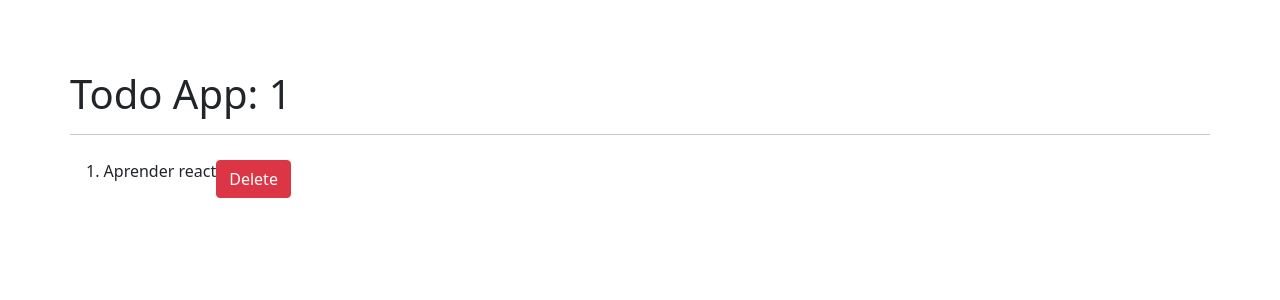
Repository: ppfeliuu/hooks-app
Page: /
The author's editor kept a copy of each file at every save. The page is drawn from the files as they stood at one save, then again after the next save.
The browser window is 1280 px wide. The pictures show the whole page.
The project was rebuilt for these pictures with package versions that can differ from the ones it lists, and the page was loaded fresh each time.

Above is the page before, as saved 2021-05-30 09:33:09.

### public/index.html
<!DOCTYPE html>
<html lang="en">
  <head>
    <meta charset="utf-8" />
    <link rel="icon" href="%PUBLIC_URL%/favicon.ico" />
    <meta name="viewport" content="width=device-width, initial-scale=1" />
    <meta name="theme-color" content="#000000" />
    <meta
      name="description"
      content="Web site created using create-react-app"
    />
    <link rel="apple-touch-icon" href="%PUBLIC_URL%/logo192.png" />
    <!--
      manifest.json provides metadata used when your web app is installed on a
      user's mobile device or desktop. See https://developers.google.com/web/fundamentals/web-app-manifest/
    -->
    <link rel="manifest" href="%PUBLIC_URL%/manifest.json" />
    <!--
      Notice the use of %PUBLIC_URL% in the tags above.
      It will be replaced with the URL of the `public` folder during the build.
      Only files inside the `public` folder can be referenced from the HTML.

      Unlike "/favicon.ico" or "favicon.ico", "%PUBLIC_URL%/favicon.ico" will
      work correctly both with client-side routing and a non-root public URL.
      Learn how to configure a non-root public URL by running `npm run build`.
    -->
    <link
      href="https://cdn.jsdelivr.net/npm/bootstrap@5.0.1/dist/css/bootstrap.min.css"
      rel="stylesheet"
      integrity="sha384-+0n0xVW2eSR5OomGNYDnhzAbDsOXxcvSN1TPprVMTNDbiYZCxYbOOl7+AMvyTG2x"
      crossorigin="anonymous"
    />
    <title>Hooks App</title>
  </head>
  <body>
    <noscript>You need to enable JavaScript to run this app.</noscript>
    <div id="root"></div>
    <!--
      This HTML file is a template.
      If you open it directly in the browser, you will see an empty page.

      You can add webfonts, meta tags, or analytics to this file.
      The build step will place the bundled scripts into the <body> tag.

      To begin the development, run `npm start` or `yarn start`.
      To create a production bundle, use `npm run build` or `yarn build`.
    -->
  </body>
</html>

### src/index.js
import React from "react";
import ReactDOM from "react-dom";
// import { Padre } from "./components/07-tarea-memo/Padre";
// import { CallBackHook } from "./components/06-memos/CallBackHook";
// import { MemoHook } from "./components/06-memos/MemoHooks";
// import { CounterApp } from "./components/01-useState/CounterApp";
// import { CounterWithCustomHook } from "./components/01-useState/CounterWithCustomHook";
// import { FormWithCustomHook } from "./components/02-useEffect/FormWithCustomHook";
// import { SimpleForm } from "./components/02-useEffect/SimpleForm";
// import { FocusScreen } from "./components/04-useRef/FocusScreen";
// import { RealExampleRef } from "./components/04-useRef/RealExampleRef";
// import { LayoutEffects } from "./components/05-useLayoutEffect/LayoutEffect";
// import { MultipleCustomHooks } from "./components/examples/MultipleCustomHooks";
// import { HookApp } from "./HookApp";
// import { Memorize } from "./components/06-memos/Memorize";
import { TodoApp } from "./components/08-useReducer/TodoApp";

ReactDOM.render(<TodoApp />, document.getElementById("root"));
// import "./components/08-useReducer/intro-reducer";

### src/components/08-useReducer/TodoApp.js
import React, { useReducer } from "react";
import "./styles.css";
import { todoReducer } from "./todoReducer";

const initialState = [
  {
    id: new Date().getTime(),
    desc: "Aprender react",
    done: false,
  },
];

export const TodoApp = () => {
  const [todos] = useReducer(todoReducer, initialState);

  console.log(todos);

  return (
    <div>
      <h1>Todo App: {todos.length}</h1>
      <hr />

      <div className="row">
        <div className="col-7">
          <ul className="list-group list-group-flush">
            {todos.map((todo, index) => (
              <li key={todo.id} className="list-group-item">
                <p className="text-center">
                  {index + 1}. {todo.desc}
                </p>

                <button className="btn btn-danger">Delete</button>
              </li>
            ))}
          </ul>
        </div>

        <div className="col-5"></div>
      </div>
    </div>
  );
};

### src/components/08-useReducer/styles.css
body {
  padding: 70px;
}

.list-group-item {
  display: flex;
  align-items: center;
}

### src/components/08-useReducer/todoReducer.js
export const todoReducer = (state = [], action) => {
  switch (action.type) {
    case "add":
      break;
    default:
      break;
  }
};

After the next save:
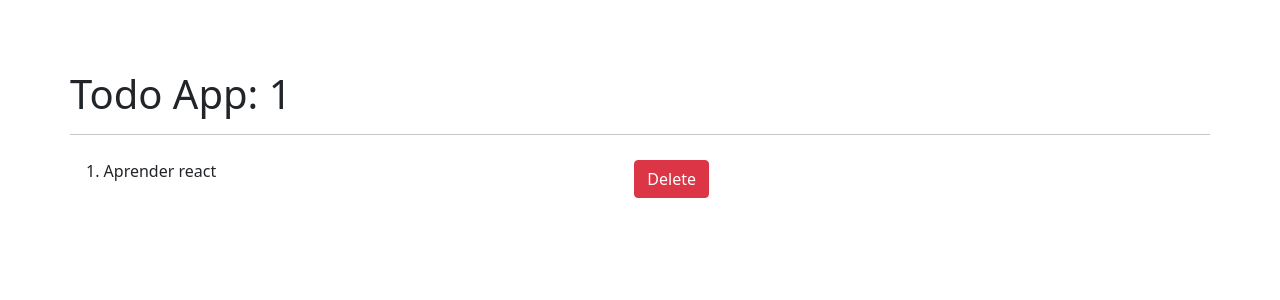
Saved 6 s later.
--- a/src/components/08-useReducer/styles.css
+++ b/src/components/08-useReducer/styles.css
@@ -5,4 +5,5 @@ body {
 .list-group-item {
   display: flex;
   align-items: center;
+  justify-content: space-between;
 }
